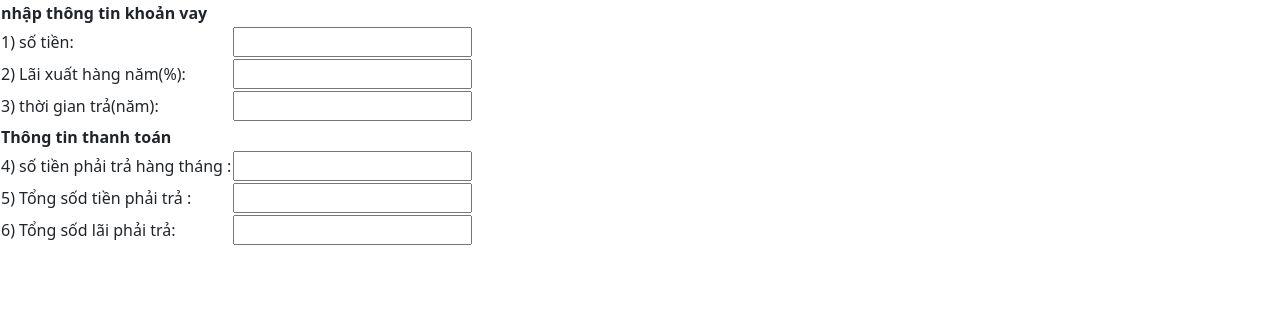
Repository: Lehuyhuynh/DOM
Page: BT2/index.html
These files come from the project's save history. The page is drawn as it stood at one moment and after the next save; the edit follows.
The browser window is 1280 px wide. The pictures show the whole page.

Above is the page before, as saved 2023-09-07 20:30:17.

After the next save:
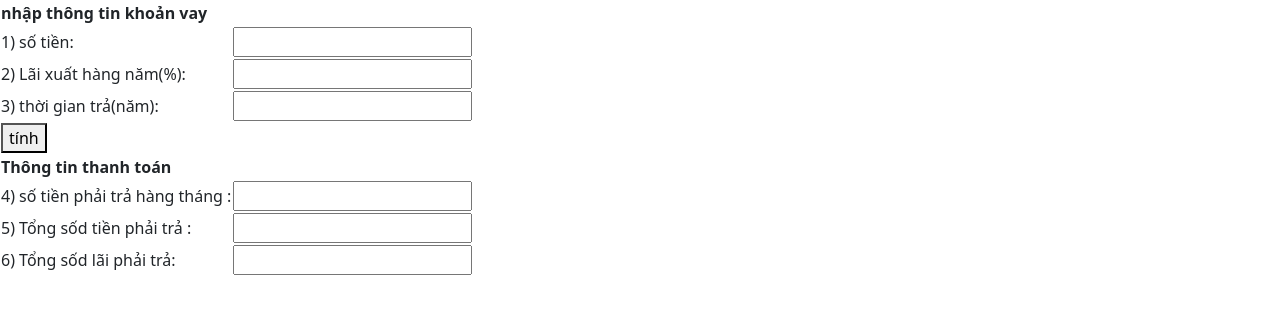
Saved 2 s later.
--- a/BT2/index.html
+++ b/BT2/index.html
@@ -29,7 +29,7 @@
       </tr>
 
       <tr>
-        <td></td>
+        <td><button> tính </button></td>
       </tr>
 
       <tr>
